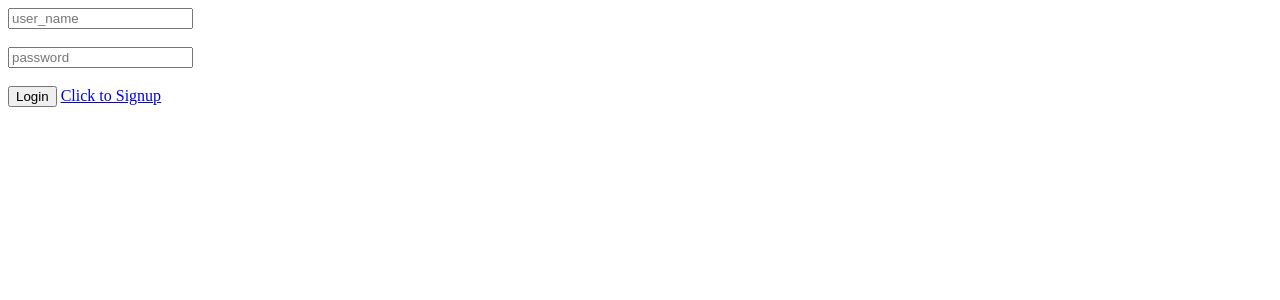
Repository: prathyushaa5/artgallery
Page: http://localhost/index/login.php
An editor plug-in stored every save of this project. The page is shown before and after the next save, followed by the edit.
The browser window is 1280 px wide. The pictures show the whole page.
The page is run by PHP 8.4 with error messages shown; the project is at /var/www/html/.

Above is the page before, as saved 2023-11-16 11:19:37.

After the next save:
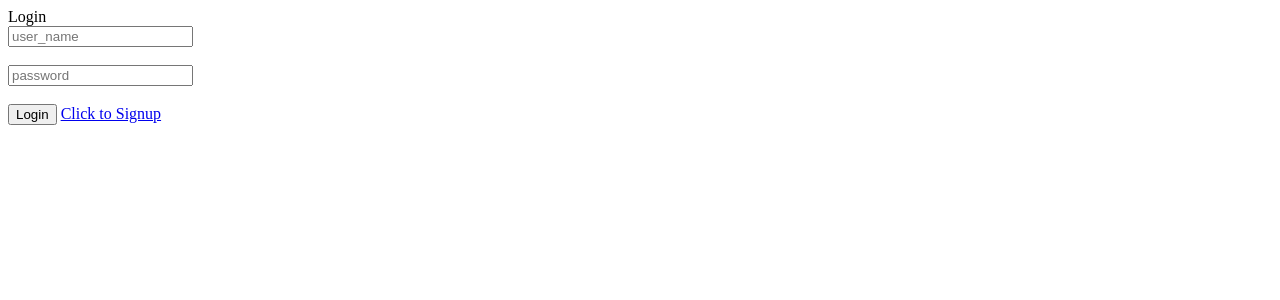
Saved 24 s later.
--- a/index/login.php
+++ b/index/login.php
@@ -13,7 +13,7 @@
 <body>
     <div class="box">
     <form method="post">
-        <div class="login"></div>
+        <div class="login">Login</div>
     <input type="text" name="user_name" id="user_name" placeholder="user_name"><br><br>
     <input type="password" name="password" id="password" placeholder="password"><br><br>
     <input type="submit" value="Login">
